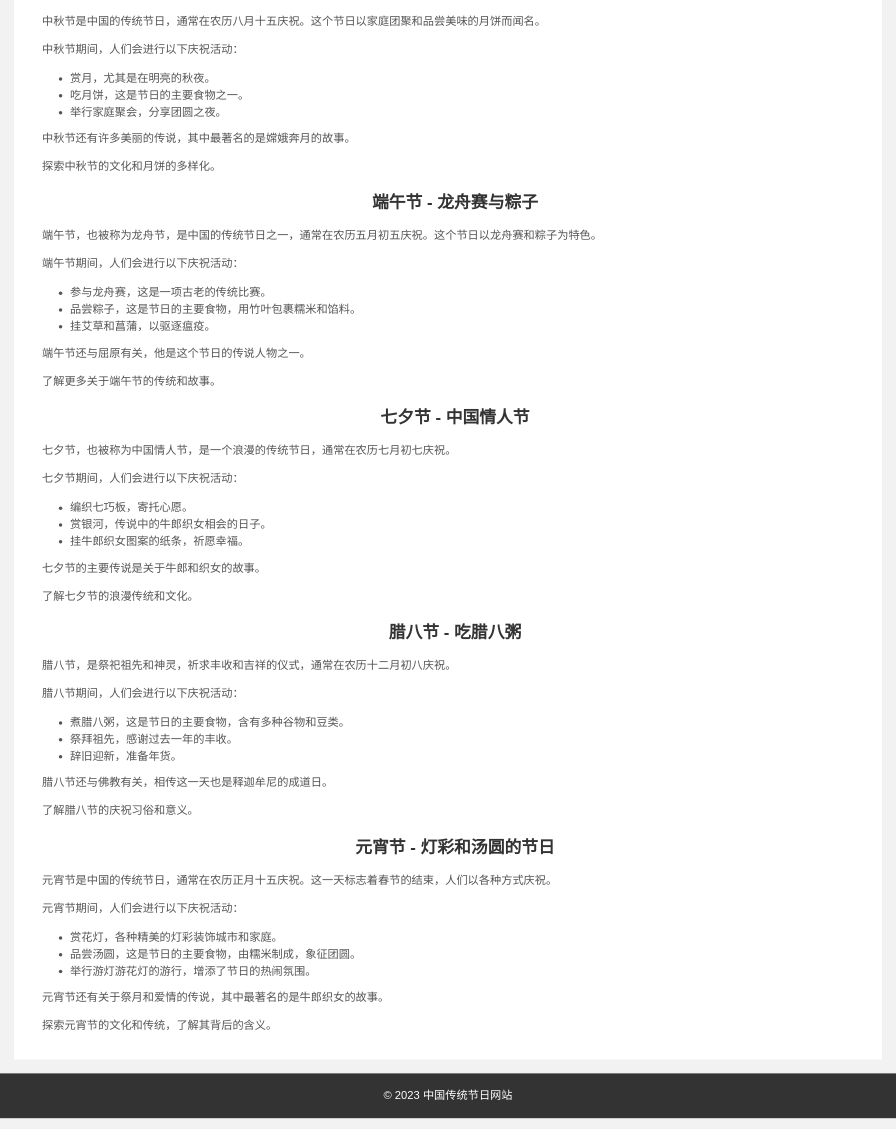
Repository: XueJie1/computer-operation-basics
Page: index.html
The author's editor kept a copy of each file at every save. The page is drawn from the files as they stood at one save, then again after the next save.
The browser window is 1280 px wide. The pictures show the part of the page from y = 739 to 2659 px (the page is 2352 px tall before and 2659 px after), at 70% of full size.

Above is the page before, as saved 2023-09-04 17:13:30.

### index.html
<!DOCTYPE html>
<html lang="zh-CN">

<head>
    <meta charset="UTF-8">
    <meta name="viewport" content="width=device-width, initial-scale=1.0">
    <title>中国传统节日</title>
    <link rel="stylesheet" type="text/css" href="./css/styles.css" />
    <script src="https://cdn.bootcdn.net/ajax/libs/jquery/3.6.4/jquery.js"></script>
</head>

<body>
    <header>
        <h1>欢迎来到中国传统节日网站</h1>
        <nav>
            <ul>
                <li><a href="index.html">首页</a></li>
                <li><a href="about.html">关于我们</a></li>
                <li><a href="./pages/springfes/springfestival.html">春节</a></li>
                <li><a href="./pages/midautumn/midautumnfestival.html">中秋节</a></li>
                <li><a href="./pages/dragonboatfes/dragonboatfestival.html">端午节</a></li>
                <li><a href="./pages/qixifes/qixifestival.html">七夕节</a></li>
                <li><a href="./pages/labafes/labafestival.html">腊八节</a></li>
                <li><a href="./pages/lanternfes/lanternfestival.html">元宵节</a></li>
                <li><a href="./pages/hungryghostfes/hungryghostfestival.html">中元节</a></li>
                <li><a href="./pages/doubleninthfes/doubleninthfestival.html">重阳节</a></li>


            </ul>
        </nav>
    </header>
    <main>
        <div class="banner">
            <img src="./img/banner.jpeg">
        </div>
        <section id="spring-festival">
            <h2>春节 - 中国的新年</h2>
            <p>春节，也被称为中国的新年，是中国最重要的传统节日之一。它通常在农历正月初一庆祝，是家人团聚、传统庆祝活动和美食的时刻。</p>
            <p>春节期间，人们会进行以下庆祝活动：</p>
            <ul>
                <li>贴窗花和对联以装饰家居。</li>
                <li>赏花灯和焰火表演。</li>
                <li>拜访亲友，赠送红包。</li>
                <li>品尝传统美食如饺子、年糕和鱼。</li>
            </ul>
            <p>这个节日的传统还包括舞龙、舞狮等表演，以及燃放鞭炮来驱逐恶灵。</p>
            <p>探索春节的丰富文化，了解其历史和习俗。</p>
        </section>

        <section id="mid-autumn-festival">
            <h2>中秋节 - 月饼和家庭团聚</h2>
            <p>中秋节是中国的传统节日，通常在农历八月十五庆祝。这个节日以家庭团聚和品尝美味的月饼而闻名。</p>
            <p>中秋节期间，人们会进行以下庆祝活动：</p>
            <ul>
                <li>赏月，尤其是在明亮的秋夜。</li>
                <li>吃月饼，这是节日的主要食物之一。</li>
                <li>举行家庭聚会，分享团圆之夜。</li>
            </ul>
            <p>中秋节还有许多美丽的传说，其中最著名的是嫦娥奔月的故事。</p>
            <p>探索中秋节的文化和月饼的多样化。</p>
        </section>

        <section id="dragon-boat-festival">
            <h2>端午节 - 龙舟赛与粽子</h2>
            <p>端午节，也被称为龙舟节，是中国的传统节日之一，通常在农历五月初五庆祝。这个节日以龙舟赛和粽子为特色。</p>
            <p>端午节期间，人们会进行以下庆祝活动：</p>
            <ul>
                <li>参与龙舟赛，这是一项古老的传统比赛。</li>
                <li>品尝粽子，这是节日的主要食物，用竹叶包裹糯米和馅料。</li>
                <li>挂艾草和菖蒲，以驱逐瘟疫。</li>
            </ul>
            <p>端午节还与屈原有关，他是这个节日的传说人物之一。</p>
            <p>了解更多关于端午节的传统和故事。</p>
        </section>

        <section id="qixi-festival">
            <h2>七夕节 - 中国情人节</h2>
            <p>七夕节，也被称为中国情人节，是一个浪漫的传统节日，通常在农历七月初七庆祝。</p>
            <p>七夕节期间，人们会进行以下庆祝活动：</p>
            <ul>
                <li>编织七巧板，寄托心愿。</li>
                <li>赏银河，传说中的牛郎织女相会的日子。</li>
                <li>挂牛郎织女图案的纸条，祈愿幸福。</li>
            </ul>
            <p>七夕节的主要传说是关于牛郎和织女的故事。</p>
            <p>了解七夕节的浪漫传统和文化。</p>
        </section>

        <section id="laba-festival">
            <h2>腊八节 - 吃腊八粥</h2>
            <p>腊八节，是祭祀祖先和神灵，祈求丰收和吉祥的仪式，通常在农历十二月初八庆祝。</p>
            <p>腊八节期间，人们会进行以下庆祝活动：</p>
            <ul>
                <li>煮腊八粥，这是节日的主要食物，含有多种谷物和豆类。</li>
                <li>祭拜祖先，感谢过去一年的丰收。</li>
                <li>辞旧迎新，准备年货。</li>
            </ul>
            <p>腊八节还与佛教有关，相传这一天也是释迦牟尼的成道日。</p>
            <p>了解腊八节的庆祝习俗和意义。</p>
        </section>
        <section id="yuanxiao-festival">
            <h2>元宵节 - 灯彩和汤圆的节日</h2>
            <p>元宵节是中国的传统节日，通常在农历正月十五庆祝。这一天标志着春节的结束，人们以各种方式庆祝。</p>
            <p>元宵节期间，人们会进行以下庆祝活动：</p>
            <ul>
                <li>赏花灯，各种精美的灯彩装饰城市和家庭。</li>
                <li>品尝汤圆，这是节日的主要食物，由糯米制成，象征团圆。</li>
                <li>举行游灯游花灯的游行，增添了节日的热闹氛围。</li>
            </ul>
            <p>元宵节还有关于祭月和爱情的传说，其中最著名的是牛郎织女的故事。</p>
            <p>探索元宵节的文化和传统，了解其背后的含义。</p>
        </section>

    </main>


    <footer>
        <p>&copy; 2023 中国传统节日网站</p>
    </footer>
</body>

</html>

### css/styles.css

body {
    font-family: Arial, sans-serif;
    margin: 0;
    padding: 0;
    background-color: #f2f2f2;
}

header , .header{
    background-color: #333;
    color: #fff;
    padding: 10px 0;
}


.header h1, header h1{
    text-align: center;
    text-decoration: none;
    color: #fff;
}

.banner {
    text-align: center;
    width: 100%;
    height: auto;
}

nav ul {
    list-style-type: none;
    margin: 0;
    padding: 0;
    text-align: center;
}

nav ul li {
    display: inline;
    margin-right: 20px;
}

nav ul li a {
    text-decoration: none;
    color: #fff;
    font-weight: bold;
    font-size: 16px;
}

nav ul li a:hover {
    color: #ff9900; /* 鼠标悬停时的颜色 */
}

main {
    margin: 20px 20px 20px 20px;
}

footer p , .footer p{
    color: #fff;
    text-align: center;
    background-color: #333;
    padding-top: 20px;
    padding-bottom: 20px;
}

/* 为网页容器设置样式 */
.container {
    display: flex;
}

/* 侧边栏样式 */
.sidebar {
    flex: 0 0 10%; /* 侧边栏占据25%的宽度 */
    background-color: #333;
    color: #fff;
    padding: 20px;
}

.sidebar ul {
    list-style-type: none;
    padding: 0;
}

.sidebar ul li {
    margin-bottom: 10px;
}

.sidebar ul li a {
    text-decoration: none;
    color: #fff;
    font-weight: bold;
    font-size: 16px;
}

/* 主内容区域样式 */
main {
    flex: 0 0 75%; /* 主内容区域占据75%的宽度 */
    background-color: #fff;
    padding: 20px;
}

/* 标题样式 */
/* h1 {
    font-size: 28px;
    color: #333;
    margin-top: 0;
} */

h2 {
    text-align: center;
    font-size: 24px;
    color: #333;
}

h3 {
    text-align: center;
}

/* 正文样式 */
p {
    font-size: 16px;
    line-height: 1.5;
    color: #555;
}

section {
    margin-left: 20px;
}

.img {
    text-align: center;
}

.img img {
    width: 350px;
    height: auto;
}

main li {
    color: #555;
}

After the next save:
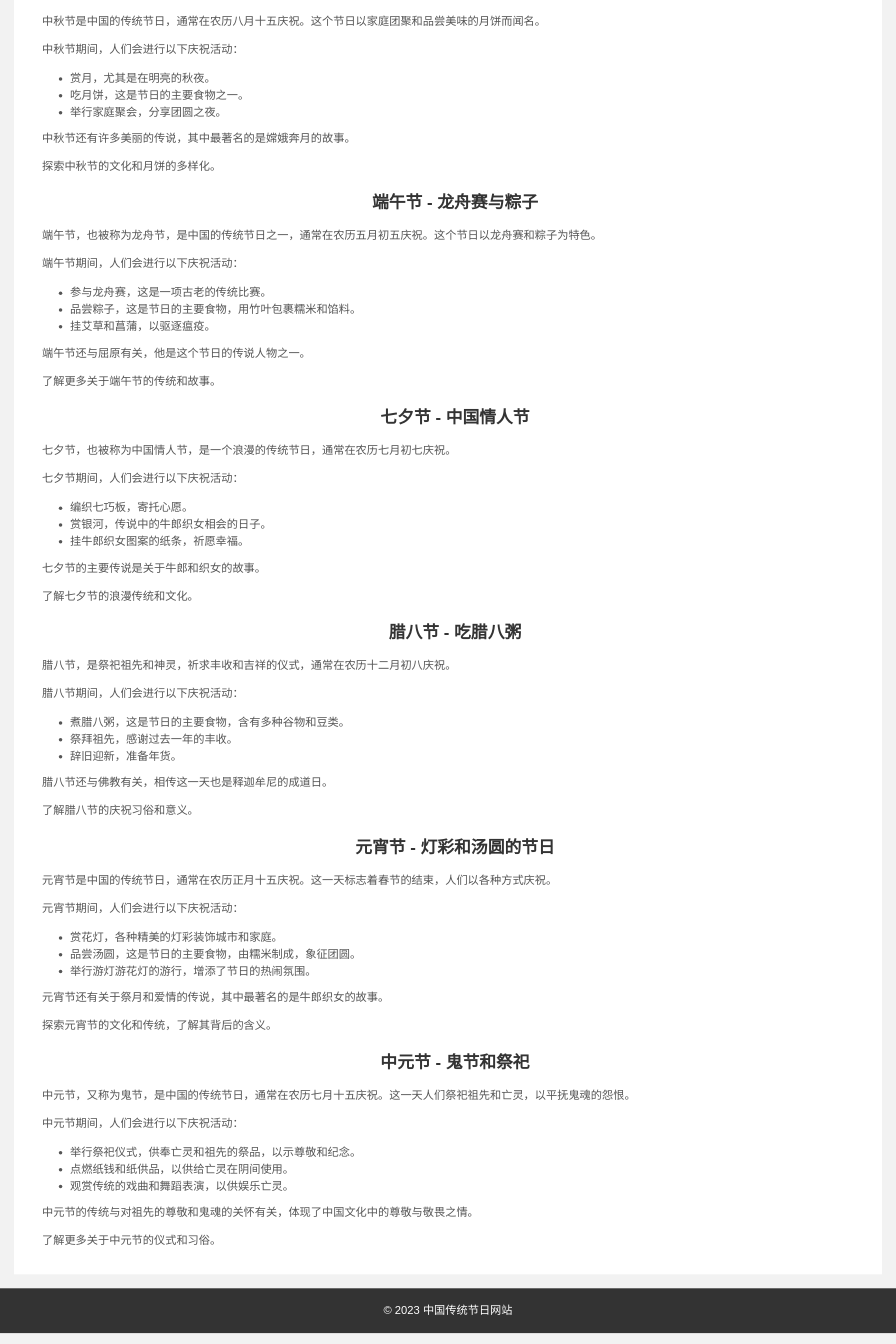
Saved 14 s later.
--- a/index.html
+++ b/index.html
@@ -110,6 +110,18 @@
             <p>元宵节还有关于祭月和爱情的传说，其中最著名的是牛郎织女的故事。</p>
             <p>探索元宵节的文化和传统，了解其背后的含义。</p>
         </section>
+        <section id="zhongyuan-festival">
+            <h2>中元节 - 鬼节和祭祀</h2>
+            <p>中元节，又称为鬼节，是中国的传统节日，通常在农历七月十五庆祝。这一天人们祭祀祖先和亡灵，以平抚鬼魂的怨恨。</p>
+            <p>中元节期间，人们会进行以下庆祝活动：</p>
+            <ul>
+                <li>举行祭祀仪式，供奉亡灵和祖先的祭品，以示尊敬和纪念。</li>
+                <li>点燃纸钱和纸供品，以供给亡灵在阴间使用。</li>
+                <li>观赏传统的戏曲和舞蹈表演，以供娱乐亡灵。</li>
+            </ul>
+            <p>中元节的传统与对祖先的尊敬和鬼魂的关怀有关，体现了中国文化中的尊敬与敬畏之情。</p>
+            <p>了解更多关于中元节的仪式和习俗。</p>
+        </section>
 
     </main>
 
